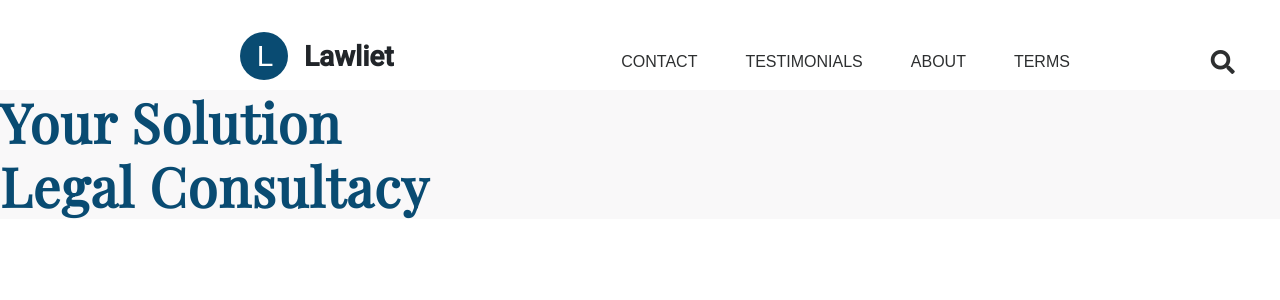
Repository: SAYYODTURINALIYEV/amaliy
Page: index.html
An editor plug-in stored every save of this project. The page is shown before and after the next save, followed by the edit.
The browser window is 1280 px wide. The pictures show the whole page.

Above is the page before, as saved 2022-05-20 10:01:27.

After the next save:
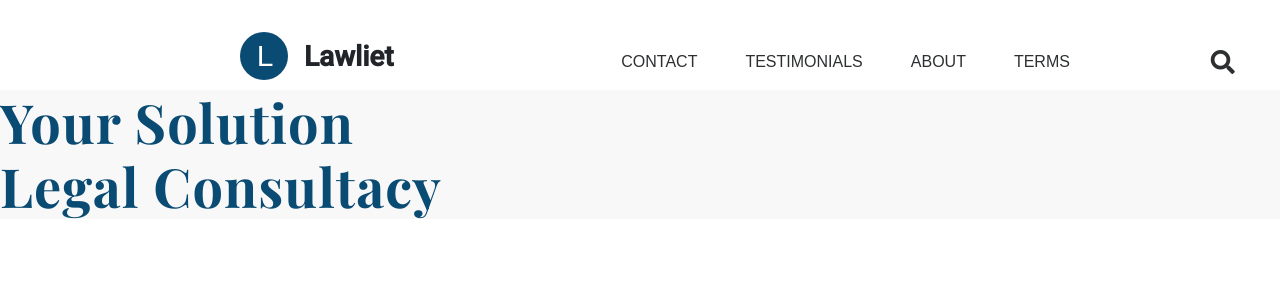
Saved 23 s later.
--- a/styles/style.css
+++ b/styles/style.css
@@ -1,5 +1,5 @@
 @import url('https://fonts.googleapis.com/css2?family=Roboto:wght@100;500&display=swap');
-@import url('https://fonts.googleapis.com/css2?family=Playfair+Display&family=Roboto:wght@100;500&display=swap');
+@import url('https://fonts.googleapis.com/css2?family=Playfair+Display:wght@400;700&family=Roboto:wght@100;500&display=swap');
 * {
     margin: 0;
     padding: 0;
